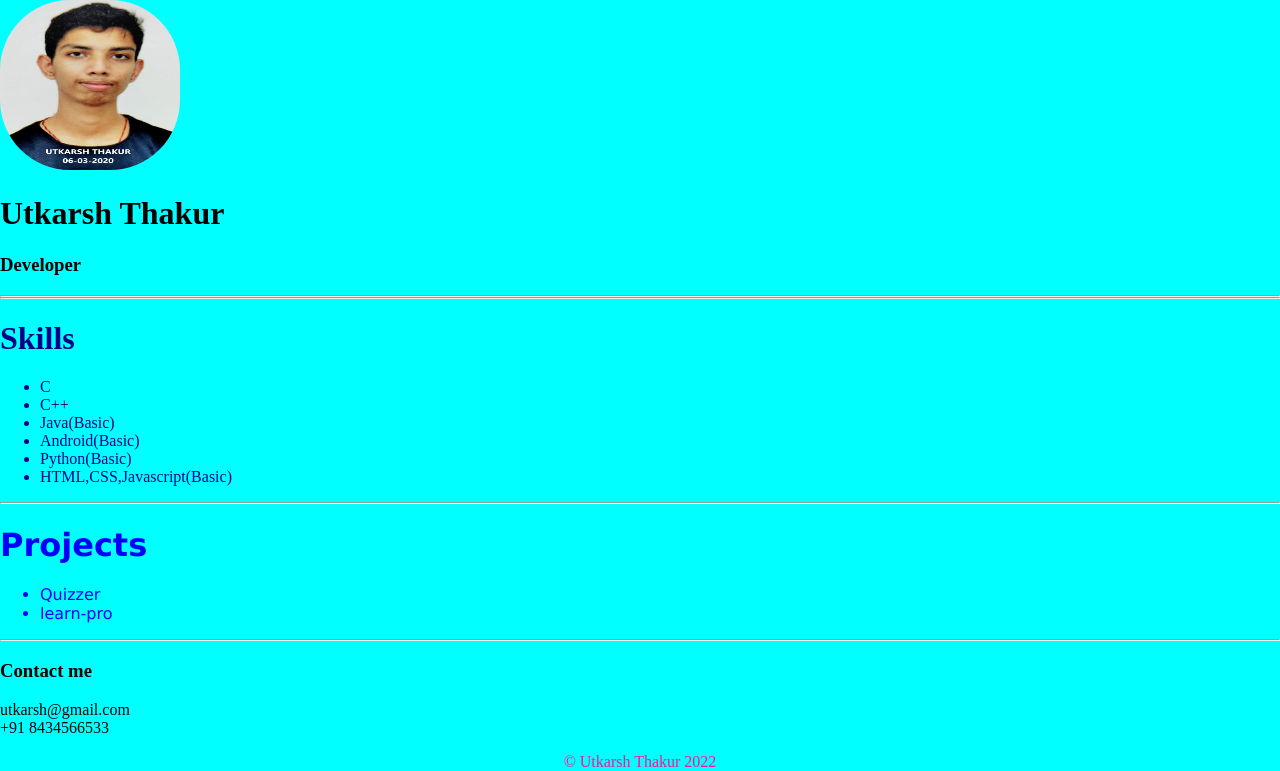
Repository: UtkarshThakur321/Utkarsh-Thakur-Profile
Page: index.html
An editor plug-in stored every save of this project. The page is shown before and after the next save, followed by the edit.
The browser window is 1280 px wide. The pictures show the whole page.

Above is the page before, as saved 2022-01-18 22:06:03.
Not found: main.js

### index.html
<!DOCTYPE html>
<html>
<head>
    <meta charset='utf-8'>
    <meta http-equiv='X-UA-Compatible' content='IE=edge'>
    <title>Page Title</title>
    <meta name='viewport' content='width=device-width, initial-scale=1'>
    <link rel='stylesheet' type='text/css' media='screen' href="index.css">
    <script src='main.js'></script>
</head>
<body>
    <div id="main">
    <!-- <div id="nav">
        <h1>My Resume</h1>
    </div> -->
    <div id="intro">
        <div id="profileImage">
             <img src="main3.jpg" alt="DP_Utkarsh__Thakur"
             width="180" height="170">
        </div>
        <div is="profileName">
            <h1>Utkarsh Thakur</h1>
        </div>
        <div>

            <h3>Developer</h3>
         </div>
    </div>
    <hr>


    <hr>

    <div id="skills">
        <h1>Skills</h1>
        <ul>
            <li>C</li>
            <li>C++</li>
            <li>Java(Basic)</li>
            <li>Android(Basic)</li>
            <li>Python(Basic)</li>
            <li>HTML,CSS,Javascript(Basic)</li>
        </ul>
    </div>

    <hr>
    <div id="projects">
        <h1>Projects</h1>
        <ul>
            <li>Quizzer</li>
            <li>learn-pro</li>
        </ul>
    </div>
    <hr>

    <div id="footer">
        <h3>Contact me</h3>
        <p>
            utkarsh@gmail.com<br>
            +91 8434566533

        </p>
            <div id="copyright">
         &copy; Utkarsh Thakur 2022
            </div>
        </div>
    </div>



</body>
</html>

### index.css
body{
    width:100%;
    margin:0px;
    background-color:aqua

}

#profileImage>img{
    border-radius: 70px;
}

.intro{
    color:brown;

}

#image{
    width:50%;
}

hr{
    margin:0px;
}

#nav{
    height:50px;
    display:content;
    text-align: center;
    font-weight: 900;
    color:black;}
    /* text-align: center;
    font-family: Verdana, Geneva, Tahoma, sans-serif;
} */

#skills{
    color:darkblue;
    font-weight: 400;

}

#projects{
    font-family: Verdana, Geneva, Tahoma, sans-serif;
    color:blue;
}


/* #footer{
    text-align: center;
} */
#copyright{
    text-align: center;
    color:deeppink
}

After the next save:
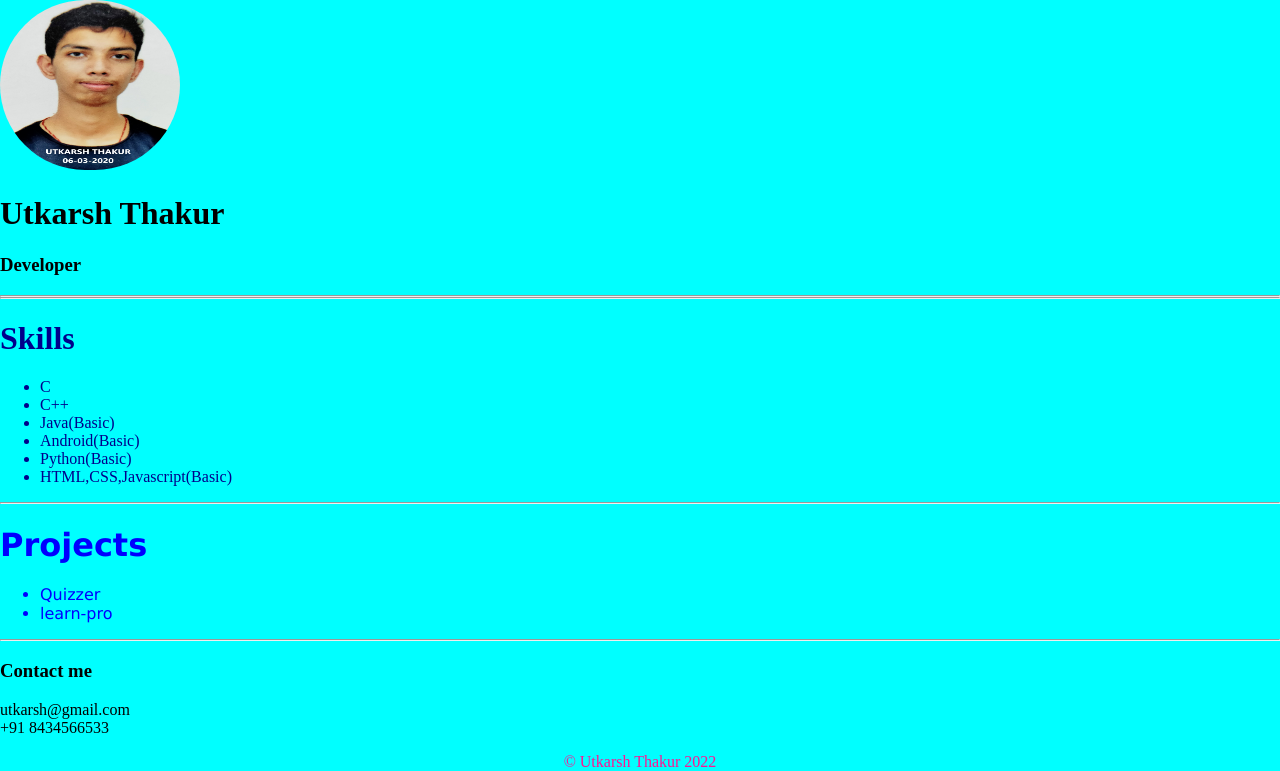
Saved 5 s later.
--- a/index.css
+++ b/index.css
@@ -6,7 +6,7 @@ body{
 }
 
 #profileImage>img{
-    border-radius: 70px;
+    border-radius: 90px;
 }
 
 .intro{
